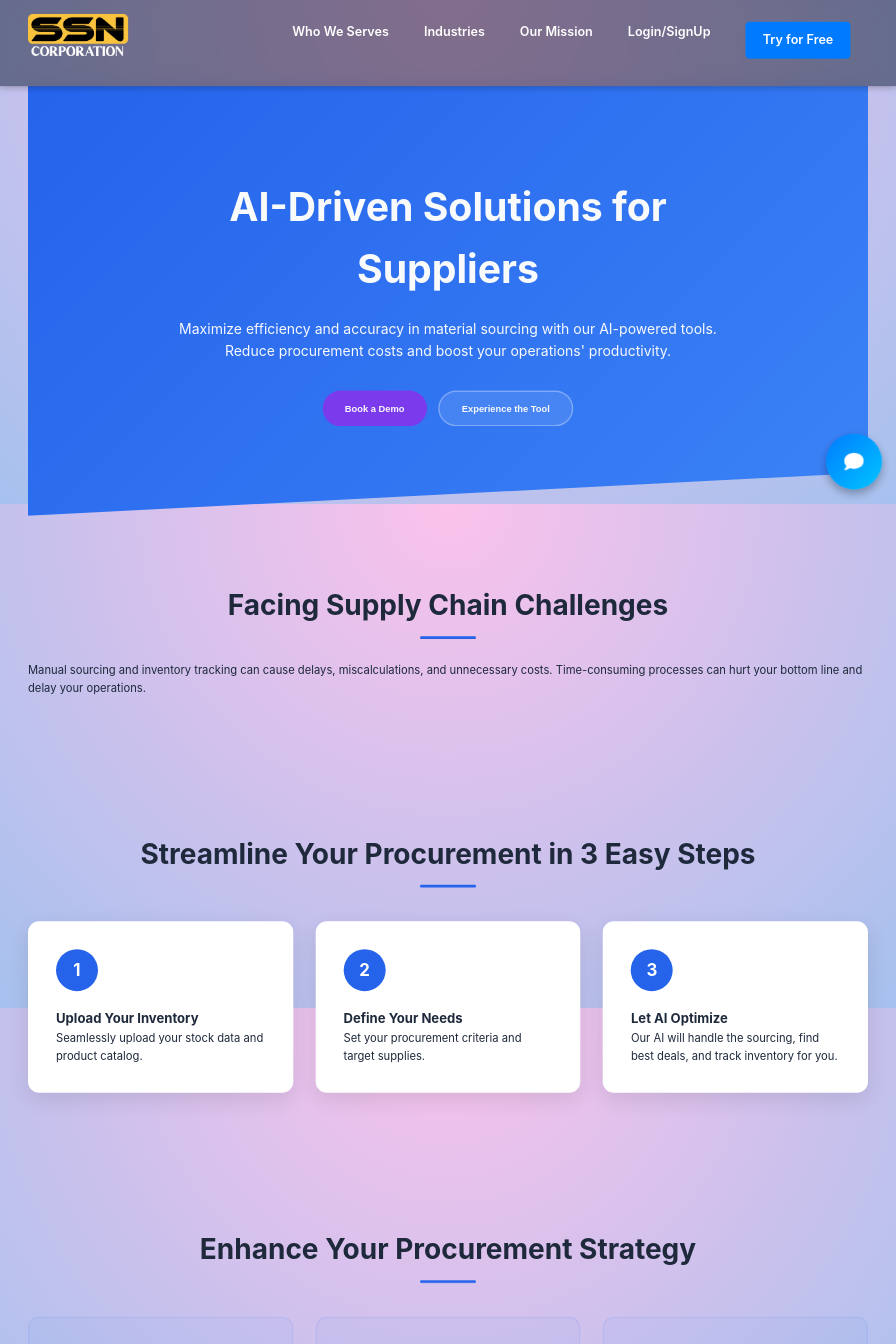
Repository: aabhashbasnet/SSNCorporation
Page: /who-we-serve/suppliers
The author's editor kept a copy of each file at every save. The page is drawn from the files as they stood at one save, then again after the next save.
The browser window is 1280 px wide. The pictures show the part of the page from y = 0 to 1920 px (the page is 3557 px tall before and 3606 px after), at 70% of full size.
The project was rebuilt for these pictures with package versions that can differ from the ones it lists, and the page was loaded fresh each time. Also part of the build but not shown: src/components/Main/Main.jsx, src/components/Working/Working.css, src/components/Working/Working.jsx, src/components/Footer/Footer.jsx, src/pages/OurMission/OurMission.jsx, src/pages/LoginSignUp/LoginSignUp.css, src/pages/LoginSignUp/LoginSignUp.jsx, src/pages/Industries/Industries.jsx and 12 more.

Above is the page before, as saved 2025-02-11 12:45:11.

After the next save:
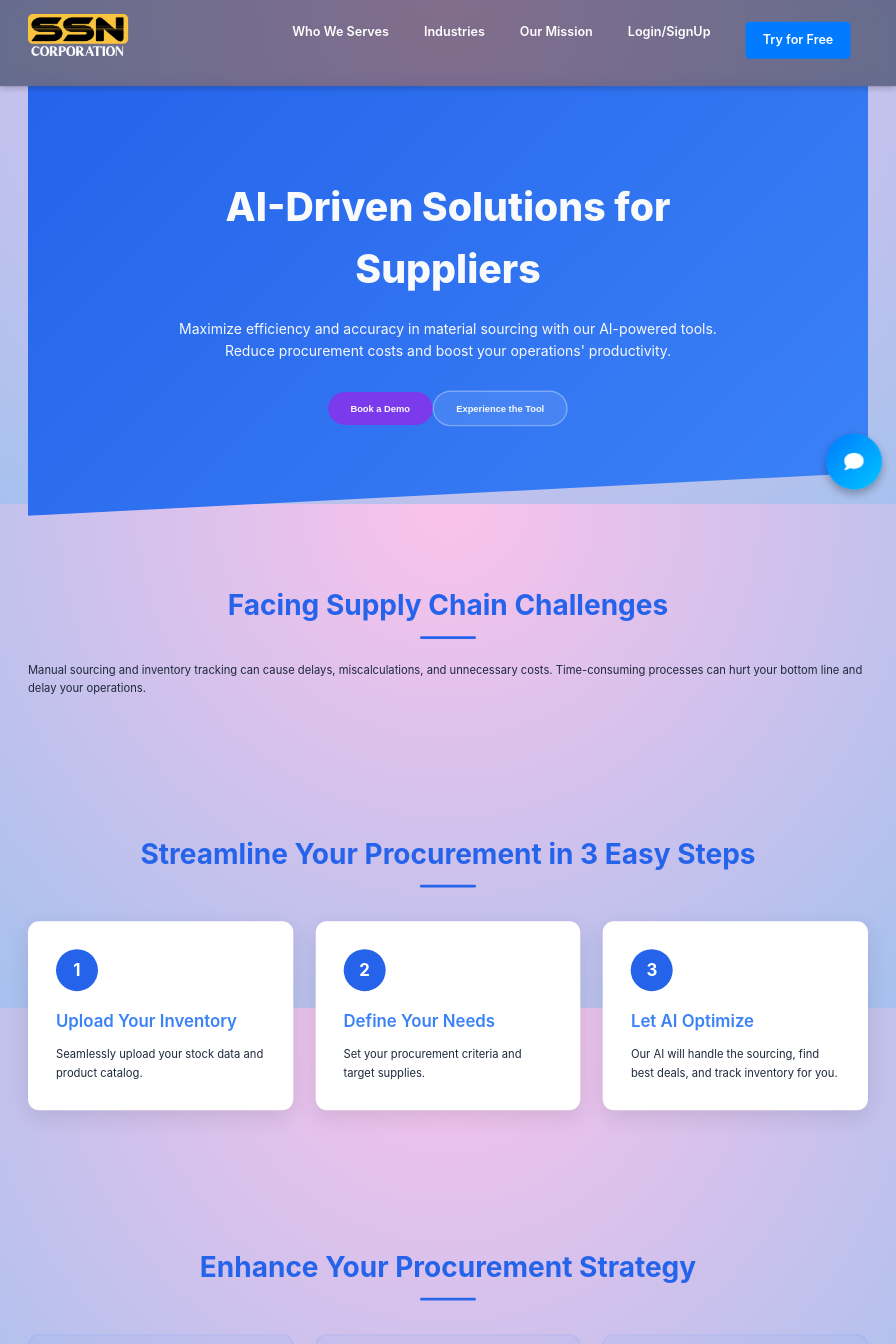
Saved 5 min 57 s later.
--- a/src/pages/WhoWeServe/Suppliers.css
+++ b/src/pages/WhoWeServe/Suppliers.css
@@ -1,6 +1,6 @@
 /* Suppliers.css */
 
-/* Base Styles */
+/* CSS Variables & Reset */
 :root {
     --primary-color: #2563eb;
     --secondary-color: #3b82f6;
@@ -47,6 +47,8 @@
   .hero h1 {
     font-size: 3.5rem;
     margin-bottom: 1.5rem;
+    /* Increase weight for more impact */
+    font-weight: 800;
     animation: slideUp 0.8s ease-out;
   }
 
@@ -57,54 +59,14 @@
     animation: fadeIn 0.8s 0.3s ease-out forwards;
   }
 
-  .hero-buttons {
-    display: flex;
-    gap: 1rem;
-    justify-content: center;
-    opacity: 0;
-    animation: fadeIn 0.8s 0.6s ease-out forwards;
-  }
-
-  /* Buttons */
-  button {
-    padding: 1rem 2rem;
-    border: none;
-    border-radius: 50px;
-    font-weight: 600;
-    cursor: pointer;
-    transition: var(--transition);
-  }
-
-  .cta-demo {
-    background: var(--accent-color);
-    color: var(--text-light);
-  }
-
-  .cta-demo:hover {
-    transform: translateY(-2px);
-    box-shadow: 0 8px 20px rgba(124, 58, 237, 0.3);
-  }
-
-  .cta-experience {
-    background: rgba(255, 255, 255, 0.1);
-    color: var(--text-light);
-    border: 2px solid rgba(255, 255, 255, 0.3);
-  }
-
-  .cta-experience:hover {
-    background: rgba(255, 255, 255, 0.2);
-    transform: translateY(-2px);
-  }
-
-  /* Sections Common Styles */
-  section {
-    padding: 6rem 0;
-  }
-
+  /* Adjusted Heading Styles for More Vibrancy */
   h2 {
     font-size: 2.5rem;
     text-align: center;
     margin-bottom: 3rem;
+    /* Use primary color and extra weight */
+    color: var(--primary-color);
+    font-weight: 700;
     position: relative;
   }
 
@@ -118,6 +80,50 @@
     height: 4px;
     background: var(--primary-color);
     border-radius: 2px;
+  }
+
+  /* Make h3 more vivid (used in Steps & Benefits) */
+  h3 {
+    font-size: 1.5rem;
+    font-weight: 600;
+    color: var(--secondary-color);
+    margin-bottom: 1rem;
+  }
+
+  /* Buttons */
+  button {
+    padding: 1rem 2rem;
+    border: none;
+    border-radius: 50px;
+    font-weight: 600;
+    cursor: pointer;
+    transition: var(--transition);
+  }
+
+  .cta-demo {
+    background: var(--accent-color);
+    color: var(--text-light);
+  }
+
+  .cta-demo:hover {
+    transform: translateY(-2px);
+    box-shadow: 0 8px 20px rgba(124, 58, 237, 0.3);
+  }
+
+  .cta-experience {
+    background: rgba(255, 255, 255, 0.1);
+    color: var(--text-light);
+    border: 2px solid rgba(255, 255, 255, 0.3);
+  }
+
+  .cta-experience:hover {
+    background: rgba(255, 255, 255, 0.2);
+    transform: translateY(-2px);
+  }
+
+  /* Sections Common Styles */
+  section {
+    padding: 6rem 0;
   }
 
   /* Process Section */
